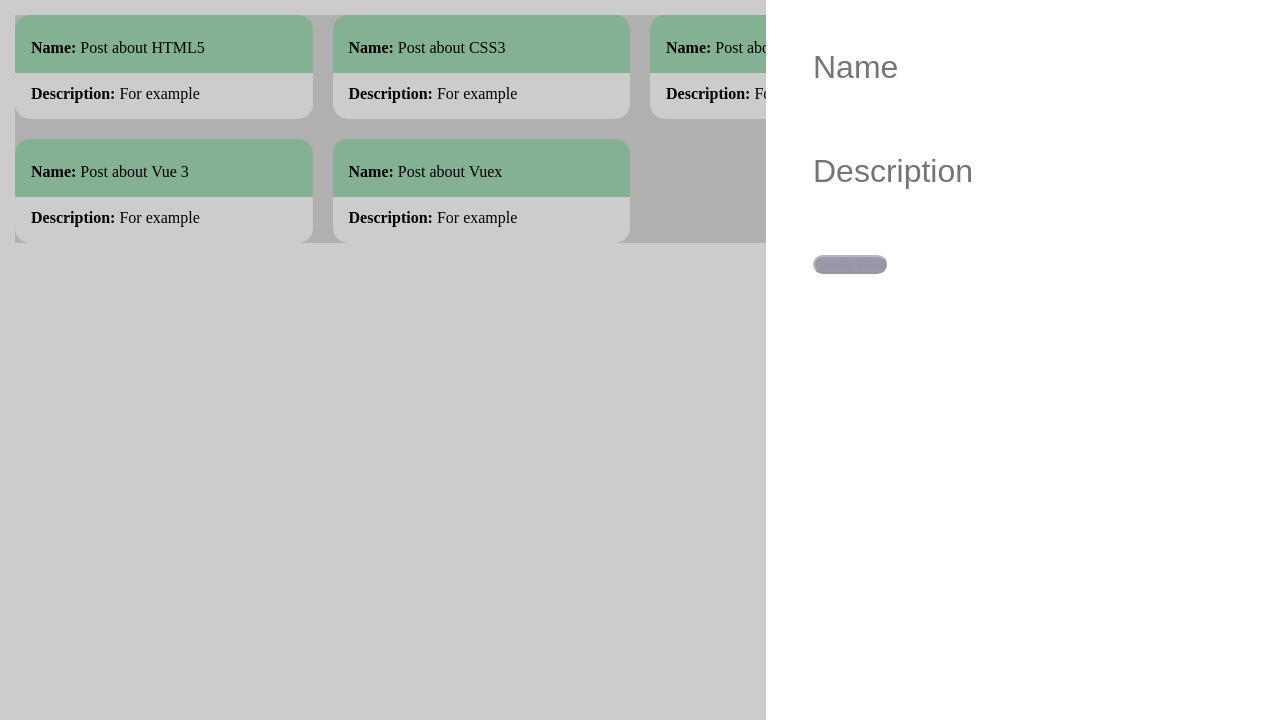
Repository: Axeliriya/vue-todo
Page: /
These files come from the project's save history. The page is drawn as it stood at one moment and after the next save; the edit follows.
The browser window is 1280 px wide. The pictures show the whole page.
The project was rebuilt for these pictures with package versions that can differ from the ones it lists, and the page was loaded fresh each time. Also part of the build but not shown: vue.config.js.

Above is the page before, as saved 2022-04-01 17:31:24.

After the next save:
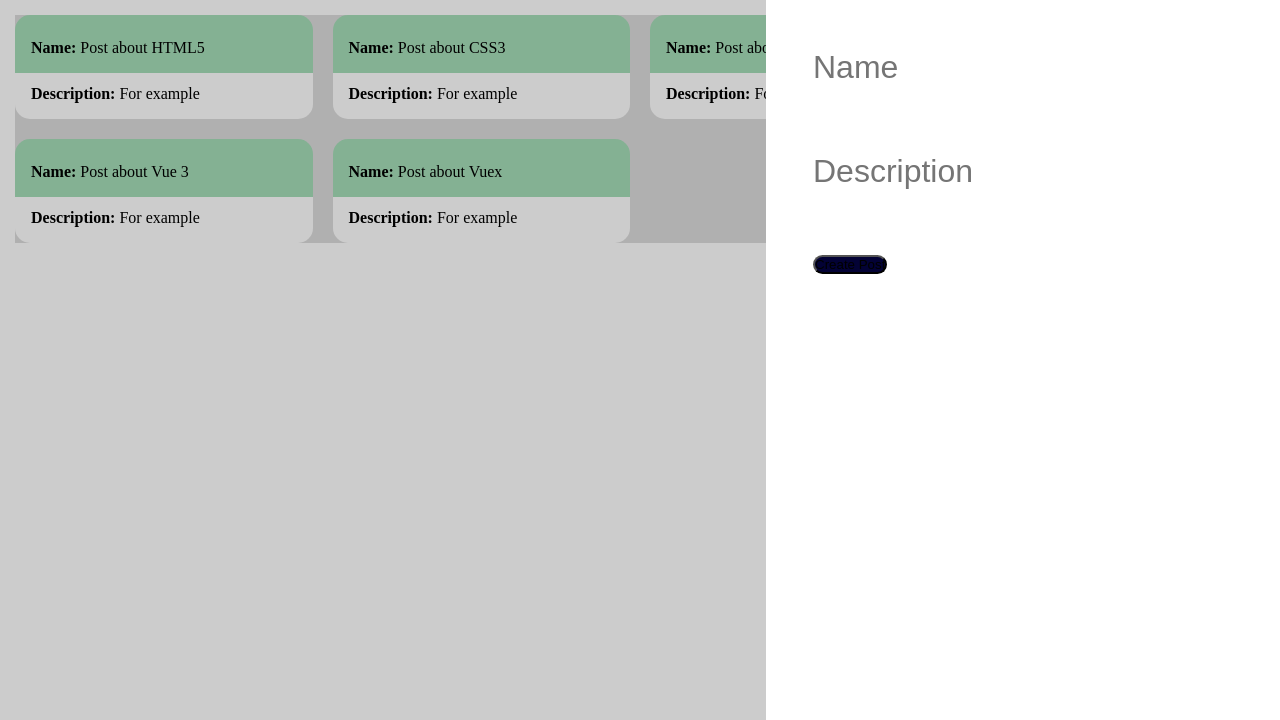
Saved 11 s later.
--- a/src/App.vue
+++ b/src/App.vue
@@ -97,7 +97,6 @@ img {
 
 .button {
   background: #030235;
-  opacity: 0.4;
   border-radius: 10px;
 }
 
